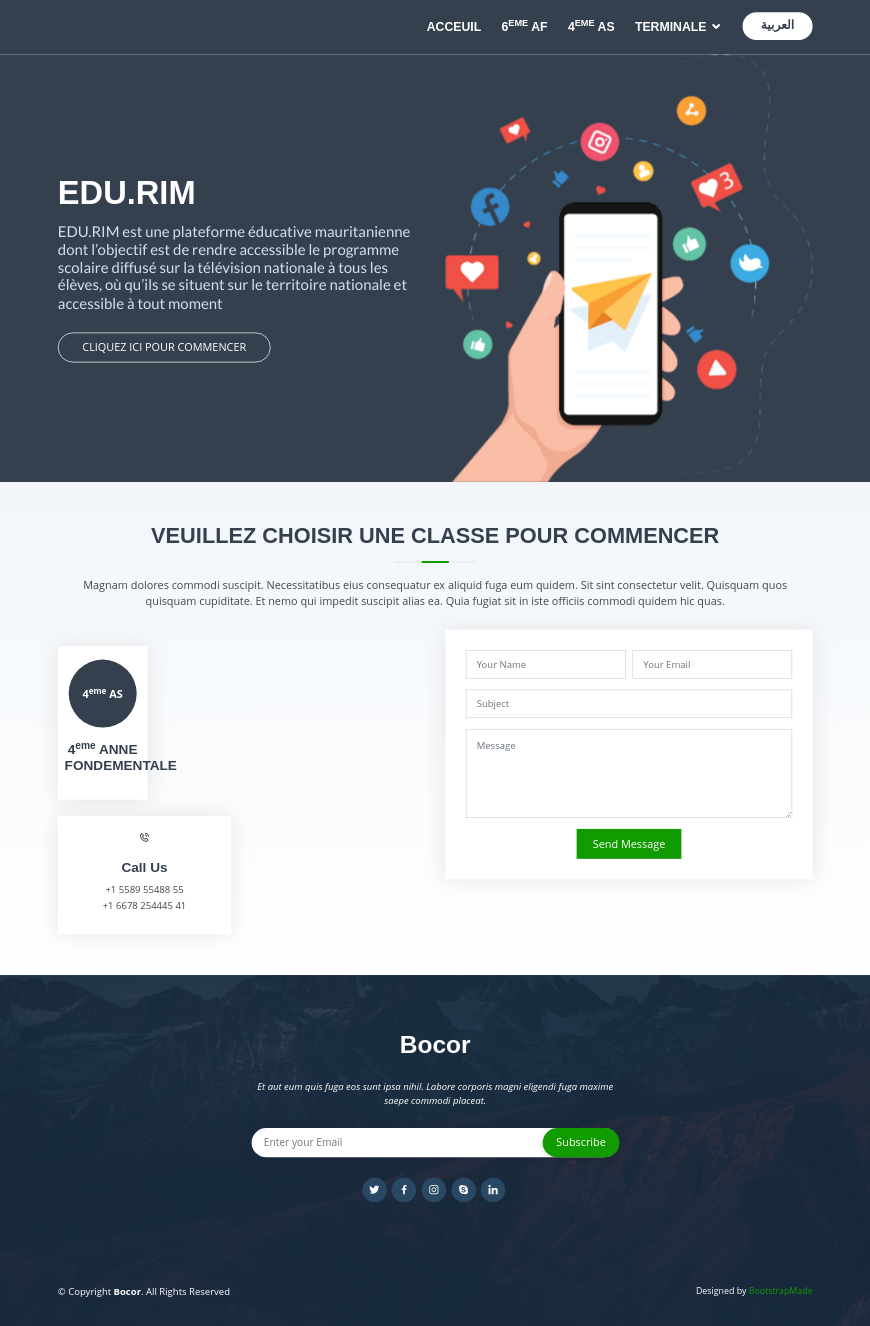
Repository: athiemohamed/courat
Page: http://localhost/
These files come from the project's save history. The page is drawn as it stood at one moment and after a run of saves; the edit follows.
The browser window is 1280 px wide. The pictures show the whole page, at 68% of full size.
Some web fonts or font styles are not loaded; a fallback is used. The page is run by PHP 8.4 with error messages shown; the project is at /var/www/html/. Other server files are loaded and not shown.

Above is the page before, as saved 2020-03-26 13:08:03.

### index.php
<!DOCTYPE html>
<html lang="en">

<head>
  <meta charset="utf-8">
  <meta content="width=device-width, initial-scale=1.0" name="viewport">

  <title>Cours - Rim Academy</title>
  <meta content="" name="descriptison">
  <meta content="" name="keywords">

  <!-- Favicons -->
  <link href="assets/img/favicon.png" rel="icon">
  <link href="assets/img/apple-touch-icon.png" rel="apple-touch-icon">

  <!-- Google Fonts -->
  <link href="https://fonts.googleapis.com/css?family=Cairo&display=swap" rel="stylesheet">
  <link href="https://fonts.googleapis.com/css?family=Lato&display=swap" rel="stylesheet">

  <!-- Vendor CSS Files -->
  <link href="assets/vendor/bootstrap/css/bootstrap.min.css" rel="stylesheet">
  <link href="assets/vendor/icofont/icofont.min.css" rel="stylesheet">
  <link href="assets/vendor/boxicons/css/boxicons.min.css" rel="stylesheet">
  <link href="assets/vendor/venobox/venobox.css" rel="stylesheet">
  <link href="assets/vendor/aos/aos.css" rel="stylesheet">

  <!-- Template Main CSS File -->
  <link href="assets/css/style.css" rel="stylesheet">

  <!-- =======================================================
  * Template Name: Bocor - v2.0.0
  * Template URL: https://bootstrapmade.com/bocor-bootstrap-template-nice-animation/
  * Author: BootstrapMade.com
  * License: https://bootstrapmade.com/license/
  ======================================================== -->
</head>

<body>

  <!-- ======= Header ======= -->
  <header id="header">
    <div class="container d-flex">
      <div class="logo mr-auto">
        <!-- <h1 class="text-light"><a href="index.html">RIM<span>.EDU</span></a></h1> -->
        <!-- Uncomment below if you prefer to use an image logo -->
        <!-- <a href="index.html"><img src="assets/img/logo.png" alt="" class="img-fluid"></a>-->
      </div>
      <nav class="nav-menu d-none d-lg-block">
        <ul>
          <li class="active"><a href="#header">ACCEUIL</a></li>
          <li><a href="#">6<sup>EME</sup> AF</a></li>
          <li><a href="#">4<sup>EME</sup> AS</a></li>
          <li class="drop-down"><a href="">TERMINALE</a>
            <ul>
              <li><a href="#">TERMINALE A</a></li>
              <li><a href="#">TERMINALE C</a></li>
              <li><a href="#">TERMINALE D</a></li>
              <li><a href="#">TERMINALE LM</a></li>
              <li><a href="#">TERMINALE LO</a></li>
            </ul>
          </li>
          <!-- Language Changer -->
          <li class="get-started"><a href="#">العربية</a></li>
        </ul>
      </nav><!-- .nav-menu -->
    </div>
  </header><!-- End Header -->

  <!-- ======= Hero Section ======= -->
  <section id="hero">

    <div class="container">
      <div class="row d-flex align-items-center"">
      <div class=" col-lg-6 py-5 py-lg-0 order-2 order-lg-1" data-aos="fade-right">
        <h1>EDU.RIM</h1>
        <h2>EDU.RIM est une plateforme éducative mauritanienne dont l’objectif est de
          rendre accessible le programme scolaire diffusé sur la télévision nationale à tous les élèves,
          où qu’ils se situent sur le territoire nationale et accessible à tout moment</h2>
        <a href="#contact" class="btn-get-started scrollto">CLIQUEZ ICI POUR COMMENCER</a>
      </div>
      <div class="col-lg-6 order-1 order-lg-2 hero-img" data-aos="fade-left">
        <img src="assets/img/hero-img.png" class="img-fluid" alt="">
      </div>
    </div>
    </div>

  </section><!-- End Hero -->

  <main id="main">

    <!-- ======= Partners Section ======= -->

    <!-- <section id="clients" class="clients section-bg">
      <div class="container">

        <div class="row no-gutters clients-wrap clearfix wow fadeInUp">

          <div class="col-lg-2 col-md-4 col-6">
            <div class="client-logo">
              <img src="assets/img/clients/client-1.png" class="img-fluid" alt="" data-aos="flip-right">
            </div>
          </div>

          <div class="col-lg-2 col-md-4 col-6">
            <div class="client-logo">
              <img src="assets/img/clients/client-2.png" class="img-fluid" alt="" data-aos="flip-right" data-aos-delay="100">
            </div>
          </div>

          <div class="col-lg-2 col-md-4 col-6">
            <div class="client-logo">
              <img src="assets/img/clients/client-3.png" class="img-fluid" alt="" data-aos="flip-right" data-aos-delay="200">
            </div>
          </div>

          <div class="col-lg-2 col-md-4 col-6">
            <div class="client-logo">
              <img src="assets/img/clients/client-4.png" class="img-fluid" alt="" data-aos="flip-right" data-aos-delay="300">
            </div>
          </div>

          <div class="col-lg-2 col-md-4 col-6">
            <div class="client-logo">
              <img src="assets/img/clients/client-5.png" class="img-fluid" alt="" data-aos="flip-right" data-aos-delay="400">
            </div>
          </div>

          <div class="col-lg-2 col-md-4 col-6">
            <div class="client-logo">
              <img src="assets/img/clients/client-6.png" class="img-fluid" alt="" data-aos="flip-right" data-aos-delay="500">
            </div>
          </div>

        </div>

      </div>
    </section> -->

    <!-- End Parteners Section -->

    <!-- ======= Contact Section ======= -->
    <section id="contact" class="contact section-bg">
      <div class="container">

        <div class="section-title">
          <h2 data-aos="fade-in">VEUILLEZ CHOISIR UNE CLASSE POUR COMMENCER</h2>
          <p data-aos="fade-in">Magnam dolores commodi suscipit. Necessitatibus eius consequatur ex aliquid fuga eum quidem. Sit sint consectetur velit. Quisquam quos quisquam cupiditate. Et nemo qui impedit suscipit alias ea. Quia fugiat sit in iste officiis commodi quidem hic quas.</p>
        </div>

        <div class="row">
          <div class="col-lg-6">
            <div class="row">
              <a href="#">
              <div class="col-md-6">
                <div class="info-box mt-4" data-aos="fade-up" data-aos-delay="100">
                  <div class="circle-badge">
                    <strong>4<sup>eme</sup> AS</strong>
                  </div>
                  <h3>4<sup>eme</sup> ANNE FONDEMENTALE</h3>
                </div>
              </div>
              </a>

              <div class="col-md-6">
                <div class="info-box mt-4" data-aos="fade-up" data-aos-delay="100">
                  <i class="bx bx-phone-call"></i>
                  <h3>Call Us</h3>
                  <p>+1 5589 55488 55<br>+1 6678 254445 41</p>
                </div>
              </div>
            </div>

          </div>

          <div class="col-lg-6">
            <form action="forms/contact.php" method="post" role="form" class="php-email-form" data-aos="fade-up">
              <div class="form-row">
                <div class="col-md-6 form-group">
                  <input type="text" name="name" class="form-control" id="name" placeholder="Your Name" data-rule="minlen:4" data-msg="Please enter at least 4 chars" />
                  <div class="validate"></div>
                </div>
                <div class="col-md-6 form-group">
                  <input type="email" class="form-control" name="email" id="email" placeholder="Your Email" data-rule="email" data-msg="Please enter a valid email" />
                  <div class="validate"></div>
                </div>
              </div>
              <div class="form-group">
                <input type="text" class="form-control" name="subject" id="subject" placeholder="Subject" data-rule="minlen:4" data-msg="Please enter at least 8 chars of subject" />
                <div class="validate"></div>
              </div>
              <div class="form-group">
                <textarea class="form-control" name="message" rows="5" data-rule="required" data-msg="Please write something for us" placeholder="Message"></textarea>
                <div class="validate"></div>
              </div>
              <div class="mb-3">
                <div class="loading">Loading</div>
                <div class="error-message"></div>
                <div class="sent-message">Your message has been sent. Thank you!</div>
              </div>
              <div class="text-center"><button type="submit">Send Message</button></div>
            </form>
          </div>

        </div>

      </div>
    </section><!-- End Contact Section -->

  </main><!-- End #main -->

  <!-- ======= Footer ======= -->
  <footer id="footer">

    <div class="footer-top">

      <div class="container" data-aos="fade-up">

        <div class="row  justify-content-center">
          <div class="col-lg-6">
            <h3>Bocor</h3>
            <p>Et aut eum quis fuga eos sunt ipsa nihil. Labore corporis magni eligendi fuga maxime saepe commodi placeat.</p>
          </div>
        </div>

        <div class="row footer-newsletter justify-content-center">
          <div class="col-lg-6">
            <form action="" method="post">
              <input type="email" name="email" placeholder="Enter your Email"><input type="submit" value="Subscribe">
            </form>
          </div>
        </div>

        <div class="social-links">
          <a href="#" class="twitter"><i class="bx bxl-twitter"></i></a>
          <a href="#" class="facebook"><i class="bx bxl-facebook"></i></a>
          <a href="#" class="instagram"><i class="bx bxl-instagram"></i></a>
          <a href="#" class="google-plus"><i class="bx bxl-skype"></i></a>
          <a href="#" class="linkedin"><i class="bx bxl-linkedin"></i></a>
        </div>

      </div>
    </div>

    <div class="container footer-bottom clearfix">
      <div class="copyright">
        &copy; Copyright <strong><span>Bocor</span></strong>. All Rights Reserved
      </div>
      <div class="credits">
        <!-- All the links in the footer should remain intact. -->
        <!-- You can delete the links only if you purchased the pro version. -->
        <!-- Licensing information: https://bootstrapmade.com/license/ -->
        <!-- Purchase the pro version with working PHP/AJAX contact form: https://bootstrapmade.com/bocor-bootstrap-template-nice-animation/ -->
        Designed by <a href="https://bootstrapmade.com/">BootstrapMade</a>
      </div>
    </div>
  </footer><!-- End Footer -->

  <a href="#" class="back-to-top"><i class="icofont-simple-up"></i></a>

  <!-- Vendor JS Files -->
  <script src="assets/vendor/jquery/jquery.min.js"></script>
  <script src="assets/vendor/bootstrap/js/bootstrap.bundle.min.js"></script>
  <script src="assets/vendor/jquery.easing/jquery.easing.min.js"></script>
  <script src="assets/vendor/php-email-form/validate.js"></script>
  <script src="assets/vendor/isotope-layout/isotope.pkgd.min.js"></script>
  <script src="assets/vendor/venobox/venobox.min.js"></script>
  <script src="assets/vendor/aos/aos.js"></script>

  <!-- Template Main JS File -->
  <script src="assets/js/main.js"></script>

</body>

</html>

Loaded but not shown: assets/js/main.js (117 lines, source omitted); assets/css/style.css (1309 lines, source omitted)

After the next 2 saves:
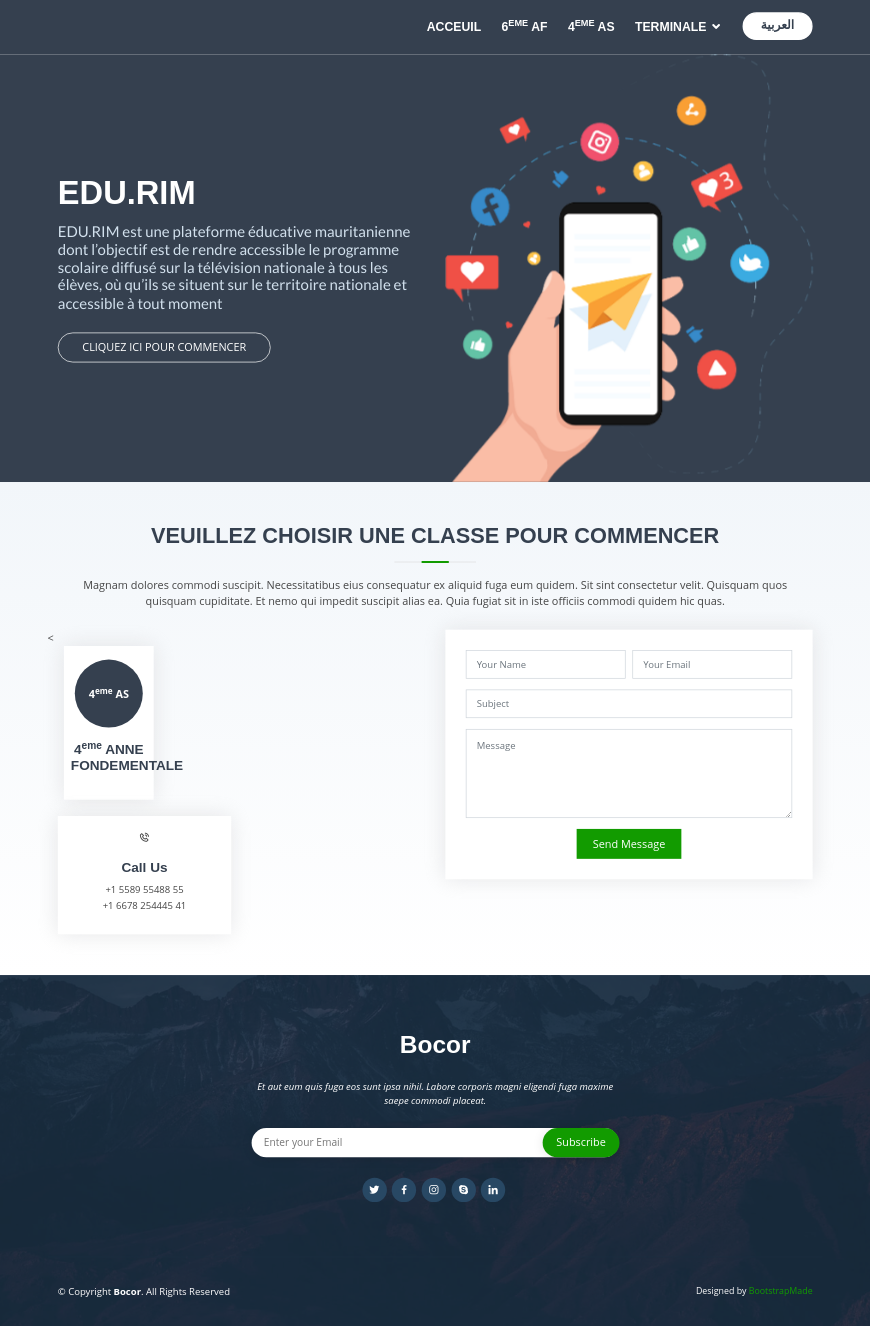
The 2 saves are shown as one change because they came seconds apart.
The last was saved 8 s later.
--- a/index.php
+++ b/index.php
@@ -150,15 +150,16 @@
         <div class="row">
           <div class="col-lg-6">
             <div class="row">
+              <
               <a href="#">
-              <div class="col-md-6">
-                <div class="info-box mt-4" data-aos="fade-up" data-aos-delay="100">
-                  <div class="circle-badge">
-                    <strong>4<sup>eme</sup> AS</strong>
+                <div class="col-md-6">
+                  <div class="info-box mt-4" data-aos="fade-up" data-aos-delay="100">
+                    <div class="circle-badge">
+                      <strong>4<sup>eme</sup> AS</strong>
+                    </div>
+                    <h3>4<sup>eme</sup> ANNE FONDEMENTALE</h3>
                   </div>
-                  <h3>4<sup>eme</sup> ANNE FONDEMENTALE</h3>
-                </div>
-              </div>
+                </div>
               </a>
 
               <div class="col-md-6">

After the 2 saves that followed:
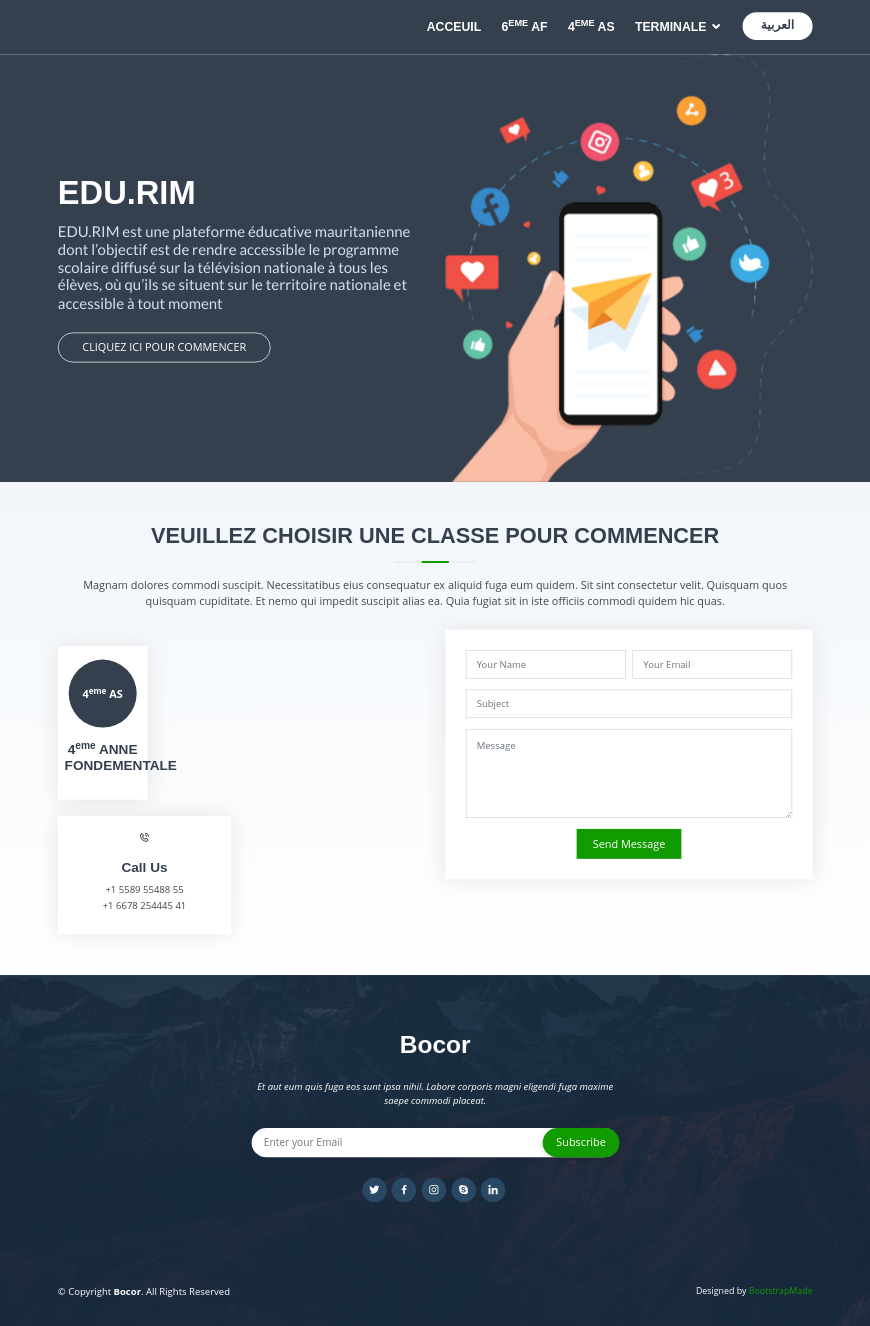
The 2 saves are shown as one change because they came seconds apart.
The last was saved 6 s later.
--- a/index.php
+++ b/index.php
@@ -150,7 +150,7 @@
         <div class="row">
           <div class="col-lg-6">
             <div class="row">
-              <
+              <!-- Class item -->
               <a href="#">
                 <div class="col-md-6">
                   <div class="info-box mt-4" data-aos="fade-up" data-aos-delay="100">
